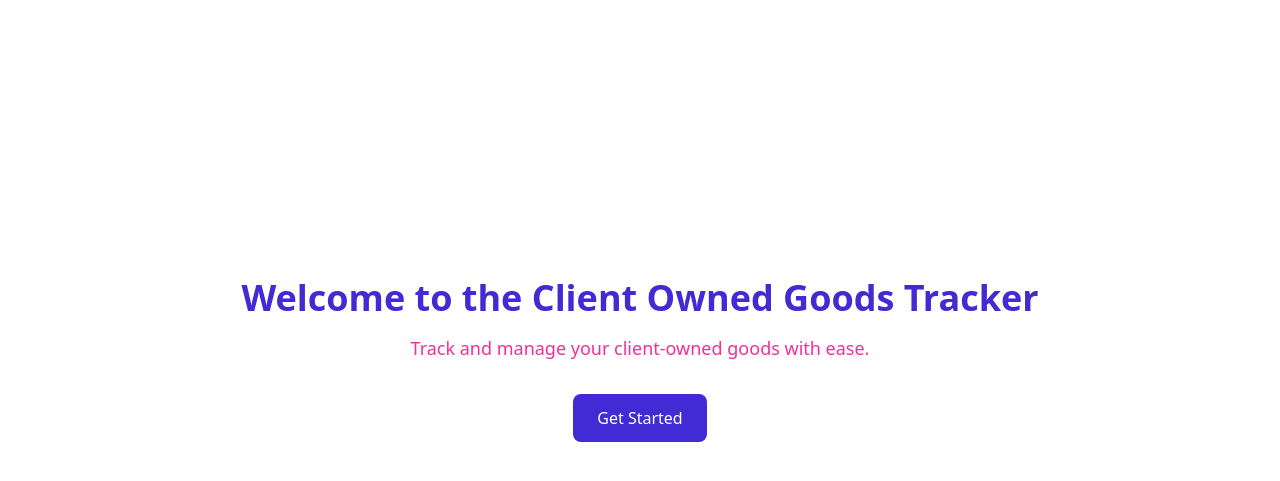
Repository: Renzo-Salosagcol/COGTracker
Page: /
An editor plug-in stored every save of this project. The page is shown before and after the next save, followed by the edit.
The browser window is 1280 px wide. The pictures show the whole page.
The project was rebuilt for these pictures with package versions that can differ from the ones it lists, and the page was loaded fresh each time. Also part of the build but not shown: vite.config.js, src/pages/Error.jsx.

Above is the page before, as saved 2026-05-06 14:29:31.

### index.html
<!doctype html>
<html lang="en">
  <head>
    <meta charset="UTF-8" />
    <link rel="icon" type="image/svg+xml" href="/favicon.svg" />
    <meta name="viewport" content="width=device-width, initial-scale=1.0" />
    <title>Client Owned Goods Tracker</title>
  </head>
  <body>
    <div id="root"></div>
    <script type="module" src="/src/main.jsx"></script>
  </body>
</html>

### src/index.css
@import "tailwindcss";
@plugin "daisyui";

@theme {
  --color-background: var(--background);
  --color-foreground: var(--foreground);

  --color-primary: var(--primary);
  --color-secondary: var(--secondary);

  --animate-fade-in: fade-in 1s ease-in forwards;
}

@layer base {
  /* Light Theme */
  :root {
    --background: #ffffff;
    --foreground: #000000;

    --primary: #000000;
  }

  /* Dark Theme */
  .dark {
    --background: #000000;
    --foreground: #ffffff;

    --primary: #ffffff;
  }

  html {
    @apply scroll-smooth;
  }

  body {
    @apply bg-background text-foreground transition-colors duration-300;
  }
}

### src/App.jsx
import './index.css'

//Import Variables & React Functions
import { COG_TRACKER_SERVER } from './config'
import { useState, useEffect, React } from 'react'

//Router Imports
import { BrowserRouter as Router, Routes, Route } from 'react-router-dom'
import Home from './pages/Home'
import Error from './pages/Error'

export default function App() {
  const [data, setData] = useState("Loading...")

  useEffect(() => {
    // Simulate an API call
    const fetchData = async () => {
      const response = await fetch(COG_TRACKER_SERVER, {
        method: 'GET',
        headers: {
          'Content-Type': 'application/json',
        },
      })
      const result = await response.json()
      console.log(result)
      setData(result.message)
    }

    fetchData()
  }, [])

  async function handleClick() {
    const response = await fetch(COG_TRACKER_SERVER, {
      method: 'POST',
      headers: {
        'Content-Type': 'application/json',
      },
      body: JSON.stringify({ test: 'Hello from the client!' }),
    })
    const result = await response.json()
    console.log(result)
    setData(result.message)
  }

  return (
    <Router>
      <Routes>
        <Route exact path="/" element={<Home />} />
        <Route path="*" element={<Error />} />
      </Routes>
    </Router>
  )
}

### src/config.js
export const COG_TRACKER_SERVER = 'http://localhost:3000'

### src/pages/Home.jsx
export default function Home() {
  return (
    <div className="flex flex-col items-center justify-center min-h-screen">
      <h1 className="text-4xl font-bold text-primary mb-4">Welcome to the Client Owned Goods Tracker</h1>
      <p className="text-lg text-secondary mb-8">Track and manage your client-owned goods with ease.</p>
      <button className="bg-primary text-white px-6 py-3 rounded-lg hover:bg-primary-dark transition duration-300">Get Started</button>
    </div>
  )
}

Loaded but not shown: src/main.jsx (common file)

After the next save:
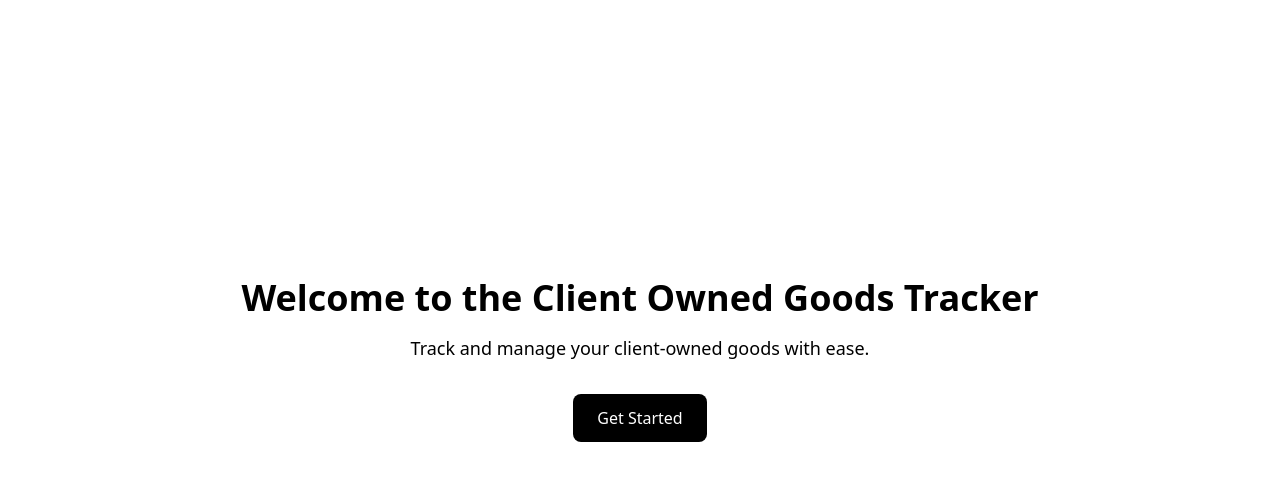
Saved 3 min 9 s later.
--- a/src/index.css
+++ b/src/index.css
@@ -1,5 +1,4 @@
 @import "tailwindcss";
-@plugin "daisyui";
 
 @theme {
   --color-background: var(--background);

After the save that followed:
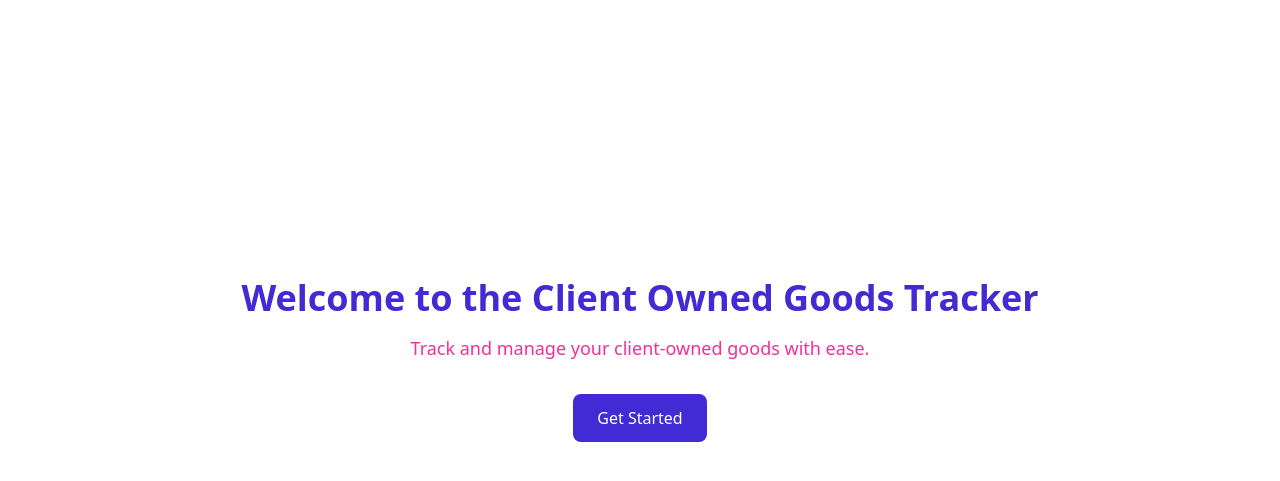
Saved 81 s later.
--- a/src/index.css
+++ b/src/index.css
@@ -1,4 +1,5 @@
 @import "tailwindcss";
+@plugin "daisyui";
 
 @theme {
   --color-background: var(--background);
